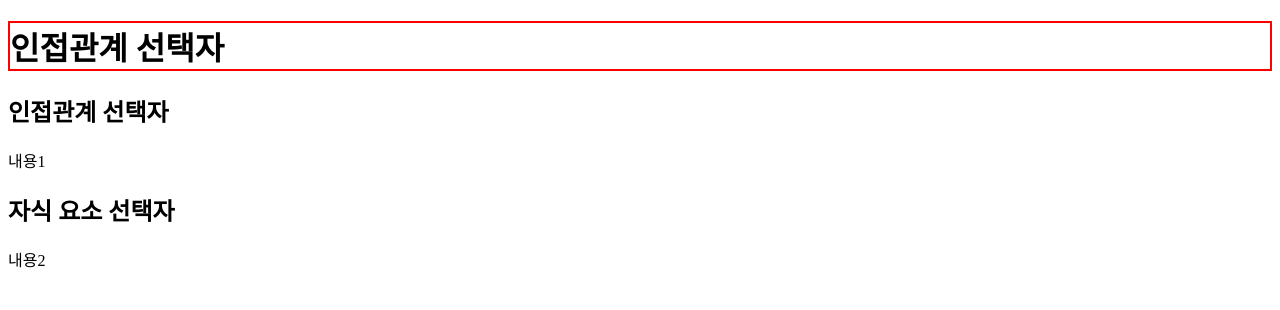
Repository: sanghui4542-ship-it/workspace_jquery
Page: jQuery/src/main/webapp/01문서객체선택자와조작법/jq_selec1_9.html
An editor plug-in stored every save of this project. The page is shown before and after the next save, followed by the edit.
The browser window is 1280 px wide. The pictures show the whole page.

Above is the page before, as saved 2026-07-06 03:20:12.

After the next save:
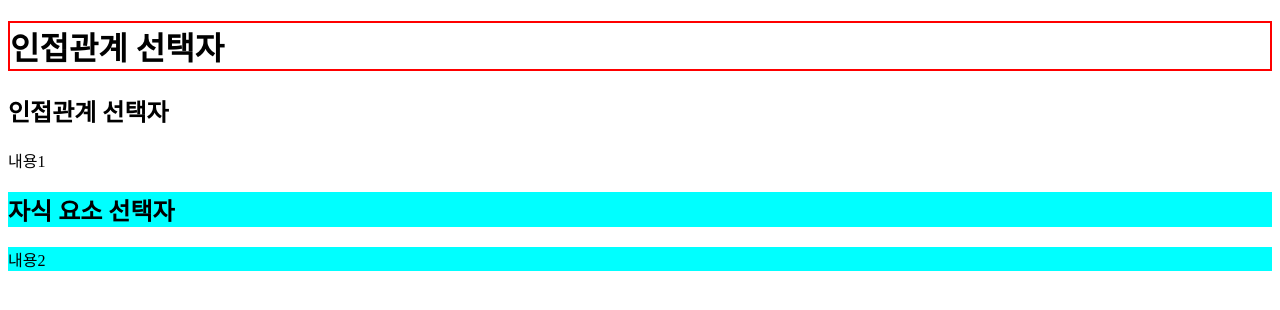
Saved 28 s later.
--- a/jQuery/src/main/webapp/01문서객체선택자와조작법/jq_selec1_9.html
+++ b/jQuery/src/main/webapp/01문서객체선택자와조작법/jq_selec1_9.html
@@ -47,7 +47,7 @@
 			   	  "요소선택" 자리에서 선택한 요소를 기준으로 요소 내부에 작성된 모든 자식요소를 한번에 최종 선택
 
 		*/
-		$("#wrap>section").children().css("background-color","aque");
+		$("#wrap>section").children().css("background-color","aqua");
 
 
 
